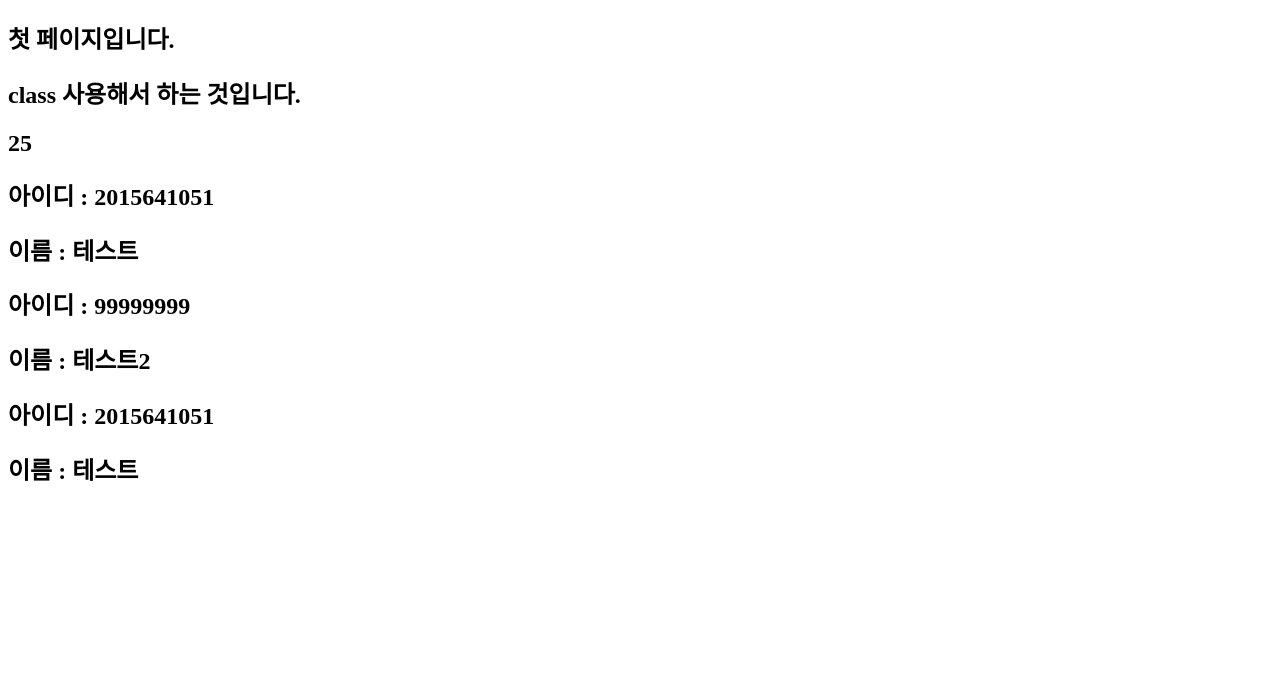
Repository: hodob/JSP_Practice
Page: http://localhost/JSP_WebMarket_JJH/ch04_ex/test.jsp
These files come from the project's save history. The page is drawn as it stood at one moment and after the next save; the edit follows.
The browser window is 1280 px wide. The pictures show the whole page.
The page is served by Tomcat 9.

Above is the page before, as saved 2022-08-09 02:36:58.

After the next save:
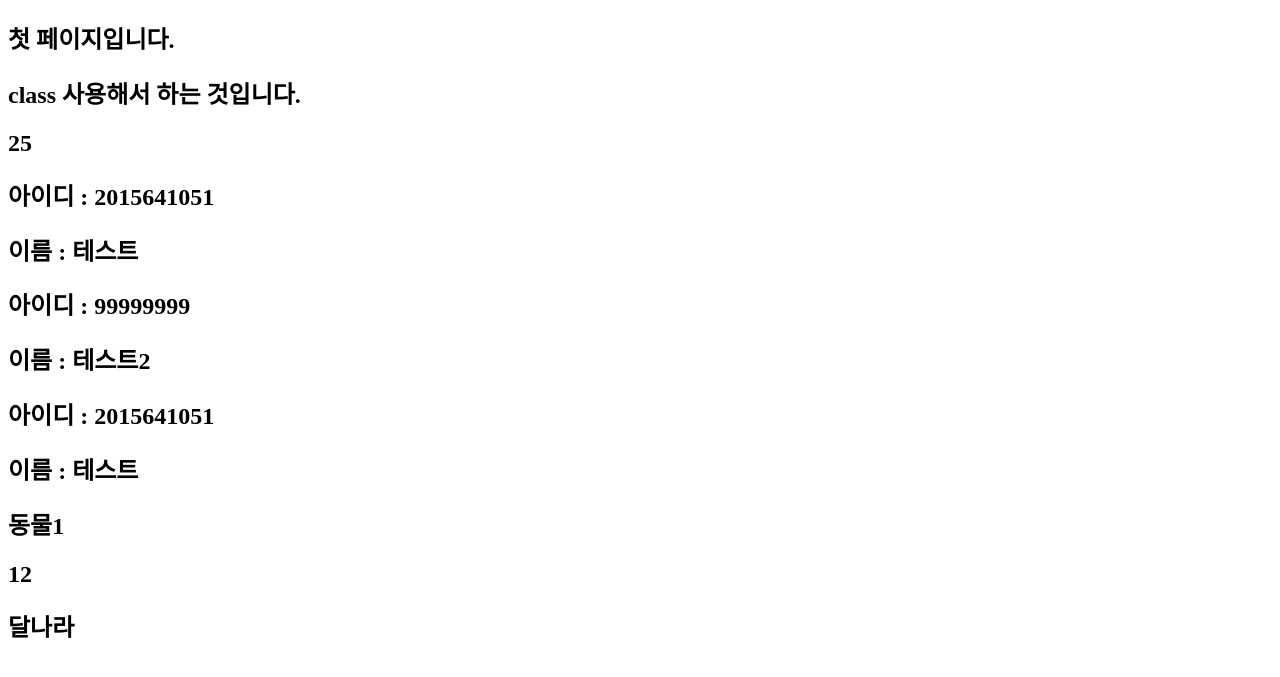
Saved 2 min 26 s later.
--- a/JSP_WebMarket_JJH/WebContent/ch04_ex/test.jsp
+++ b/JSP_WebMarket_JJH/WebContent/ch04_ex/test.jsp
@@ -48,7 +48,7 @@
 	<h2>
 		이름 :
 		<%=person.getName()%></h2>
-<jsp:useBean id="person2" class="ch04.com.dao.Person"></jsp:useBean>
+	<jsp:useBean id="person2" class="ch04.com.dao.Person"></jsp:useBean>
 	<%
 		person2.setId(99999999);
 	person2.setName("테스트2");
@@ -65,6 +65,18 @@
 	<h2>
 		이름 :
 		<%=person.getName()%></h2>
+	<jsp:useBean id="animal" class="ch04.com.dao.Animal"></jsp:useBean>
+	<%
+		animal.setName("동물1");
+	animal.setAge(12);
+	animal.setLocation("달나라");
+	%>
+
+<h2><%=animal.getName() %></h2>
+<h2><%=animal.getAge() %></h2>
+<h2><%=animal.getLocation() %></h2>
+
+
 
 
 </body>
